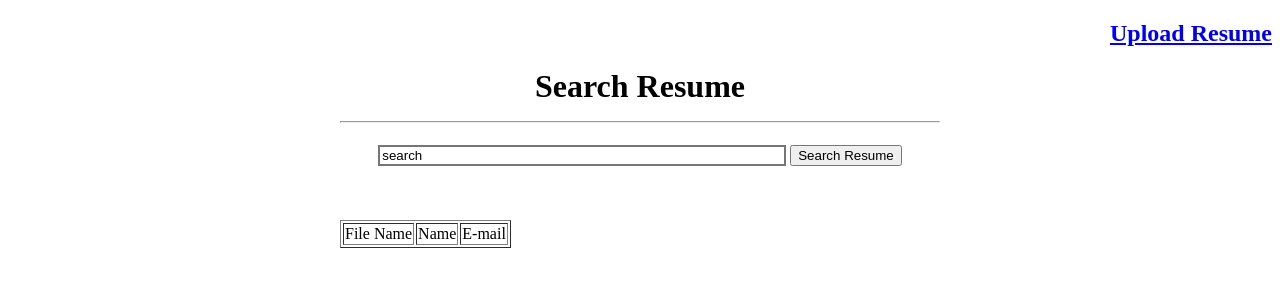
Repository: prashantsuman07/Manthan-ELF-16-OCT-19-Prashant-Suman
Page: http://localhost/Resume_Finder_Java_Application/SearchResume
The author's editor kept a copy of each file at every save. The page is drawn from the files as they stood at one save, then again after the next save.
The browser window is 1280 px wide. The pictures show the whole page.
The page is served by Tomcat 9. Other server files are loaded and not shown.

Above is the page before, as saved 2019-12-04 07:28:52.

### PLP_FinalEvaluation_JAVA/Resume_Finder_Java_Application/WebContent/JSP/SearchResume.jsp
<%@page import="com.manthan.resumeFinder.bean.ResumeBean"%>
<%@page import="java.util.ArrayList"%>
<%@ page language="java" contentType="text/html; charset=ISO-8859-1"
    pageEncoding="ISO-8859-1"%>
<%
	ArrayList<ResumeBean>alBean=(ArrayList<ResumeBean>)request.getAttribute("resumeBean");
	String msg = (String) request.getAttribute("msg");
%>
<!DOCTYPE html>
<html>
<head>
<meta charset="ISO-8859-1">
<title>Search resume</title>
<style type="text/css">
.Upload{
width:600px;
margin:auto;
font-family: cursive;
}
</style>
</head>
<body>
<a href="./UploadResumeJsp"><h2 align="right">Upload Resume</h2></a>
<div class="Upload" >
<h1 align="Center" >Search Resume<hr></h1>
<form action="./SearchResume" method="get" align="center">

<input type="text" value="search" placeholder="Search here" name="search"  style="border-style: solid; width:400px"/>
<input type="submit" value="Search Resume">
</form>
<% if(alBean!=null){

	%>

<table border="solid">
<tr>
			<td>File Name</td>
			<td>Name</td>
			<td>E-mail</td>
		</tr>
<br>
<br>
<br>

	<%for(ResumeBean result:alBean) {%>


		<tr>
			<td>
			<%=result.getFilename()%></td>
			<td><%=result.getName()%>
			<td><%=result.getEmail()%>
			<td><a href='./DownloadResume?url=<%=result.getFilename()%>'>download</a>
		</tr>

	<%}%>
	</table>
		<% }%>

</div>
</body>
</html>

### PLP_FinalEvaluation_JAVA/Resume_Finder_Java_Application/src/com/manthan/resumeFinder/servlet/SearchResume.java
package com.manthan.resumeFinder.servlet;
import java.io.File;
import java.io.IOException;
import java.util.ArrayList;
import java.util.regex.Matcher;
import java.util.regex.Pattern;

import javax.servlet.ServletException;
import javax.servlet.annotation.WebServlet;
import javax.servlet.http.HttpServlet;
import javax.servlet.http.HttpServletRequest;
import javax.servlet.http.HttpServletResponse;

import org.apache.pdfbox.pdmodel.PDDocument;
import org.apache.pdfbox.text.PDFTextStripper;

import com.manthan.resumeFinder.bean.ResumeBean;

@WebServlet("/SearchResume")
public class SearchResume extends HttpServlet {

	@Override
	protected void doGet(HttpServletRequest req, HttpServletResponse resp) throws ServletException, IOException {
		ResumeBean resumeBean=null;
		ArrayList<ResumeBean> resumeArray=new ArrayList<ResumeBean>();
		boolean flag=false;
		String input=req.getParameter("search");
		String dir="C:\\Users\\CBT\\Desktop\\upload";
		File maindir= new File(dir);
		if(maindir.exists()&& maindir.isDirectory()) {
			File arr[]= maindir.listFiles();
			for(File F: arr) {
				if(F.isFile()&&F.getName().substring(F.getName().lastIndexOf(".")).equals(".pdf")) {


					PDDocument document = PDDocument.load(F);

					//System.out.println(F);
					//Instantiate PDFTextStripper class
					PDFTextStripper pdfStripper = new PDFTextStripper();

					//Retrieving text from PDF document
					String text = pdfStripper.getText(document);
					// System.out.println(text);
					String[] textArr=text.split("\\r?\\n");
					for(String s:textArr)
					{
						//System.out.println(m.group());
						String s1[]=input.split(",");
						for(String match:s1) {

							if(s.contains(match)) {
								flag=true;

							}
							else {
								flag=false;
								break;
							}
						}
						if(flag) {
							resumeBean=new ResumeBean();
							String regex = "^[A-Za-z0-9+_.-]+@(.+)$";
							Pattern pattern = Pattern.compile(regex);
							for(String email:textArr) {
								Matcher matcher = pattern.matcher(email);
								if(matcher.matches()) {


									resumeBean.setEmail(email);
									String name=email.substring(0, email.lastIndexOf("@"));
									String username=name.replace(".", " ");
									resumeBean.setName(username);
									String fileName=F.getName();
									resumeBean.setFilename(fileName);
									resumeArray.add(resumeBean);
									break;
								}

							}
							break;
						}

					}

					//Closing the document
					document.close();
				}
			}

		}
		req.setAttribute("msg",
				"FILES LIST");
		req.setAttribute("resumeBean",
				resumeArray);
		req.getRequestDispatcher("/SearchResumeJsp").forward(req, resp);

	}
}

After the next save:
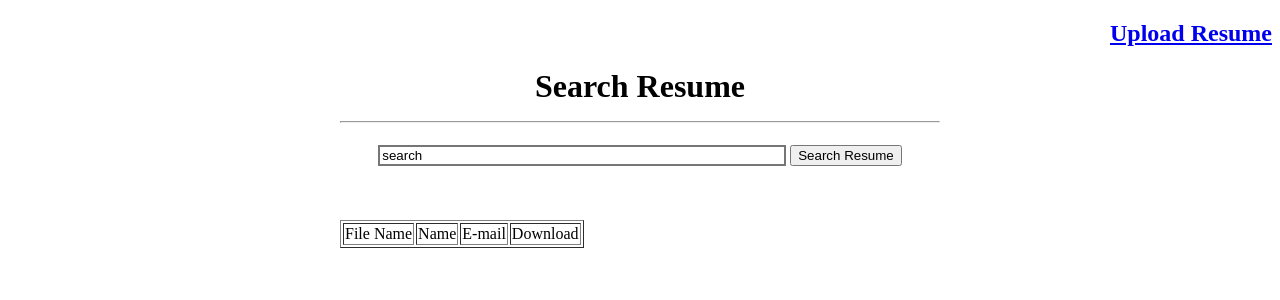
Saved 36 s later.
--- a/PLP_FinalEvaluation_JAVA/Resume_Finder_Java_Application/WebContent/JSP/SearchResume.jsp
+++ b/PLP_FinalEvaluation_JAVA/Resume_Finder_Java_Application/WebContent/JSP/SearchResume.jsp
@@ -37,6 +37,7 @@ font-family: cursive;
 			<td>File Name</td>
 			<td>Name</td>
 			<td>E-mail</td>
+			<td>Download</td>
 		</tr>
 <br>
 <br>
